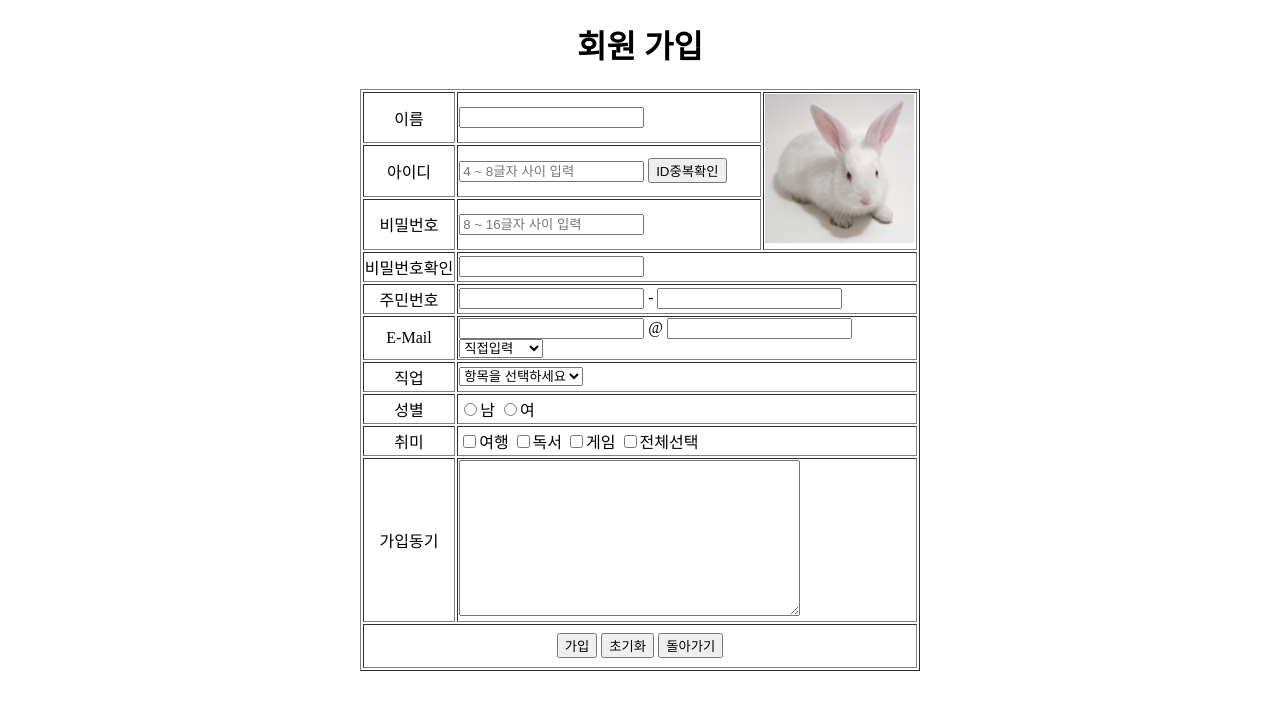
Repository: KimMinseooo/itwillStudy
Page: BACKEND/JSP/workspace_jsp/StudyHTML/src/main/webapp/1025/final_exam.html
These files come from the project's save history. The page is drawn as it stood at one moment and after the next save; the edit follows.
The browser window is 1280 px wide. The pictures show the whole page.

Above is the page before, as saved 2024-10-25 05:56:19.

After the next save:
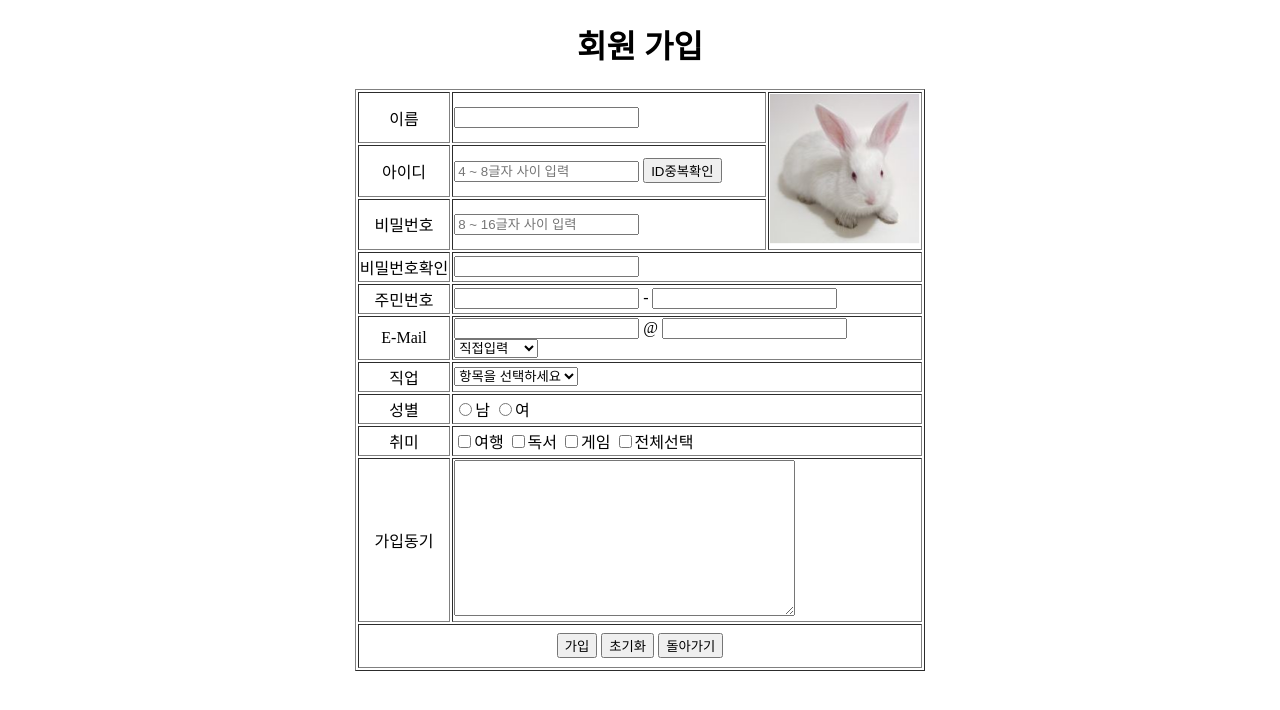
Saved 7 s later.
--- a/BACKEND/JSP/workspace_jsp/StudyHTML/src/main/webapp/1025/final_exam.html
+++ b/BACKEND/JSP/workspace_jsp/StudyHTML/src/main/webapp/1025/final_exam.html
@@ -12,7 +12,7 @@
 
 			<tr height="30">
 				<td align="center">이름</td>
-				<td width="300">
+				<td width="310">
 
 				<input type="text">
 				</td>
